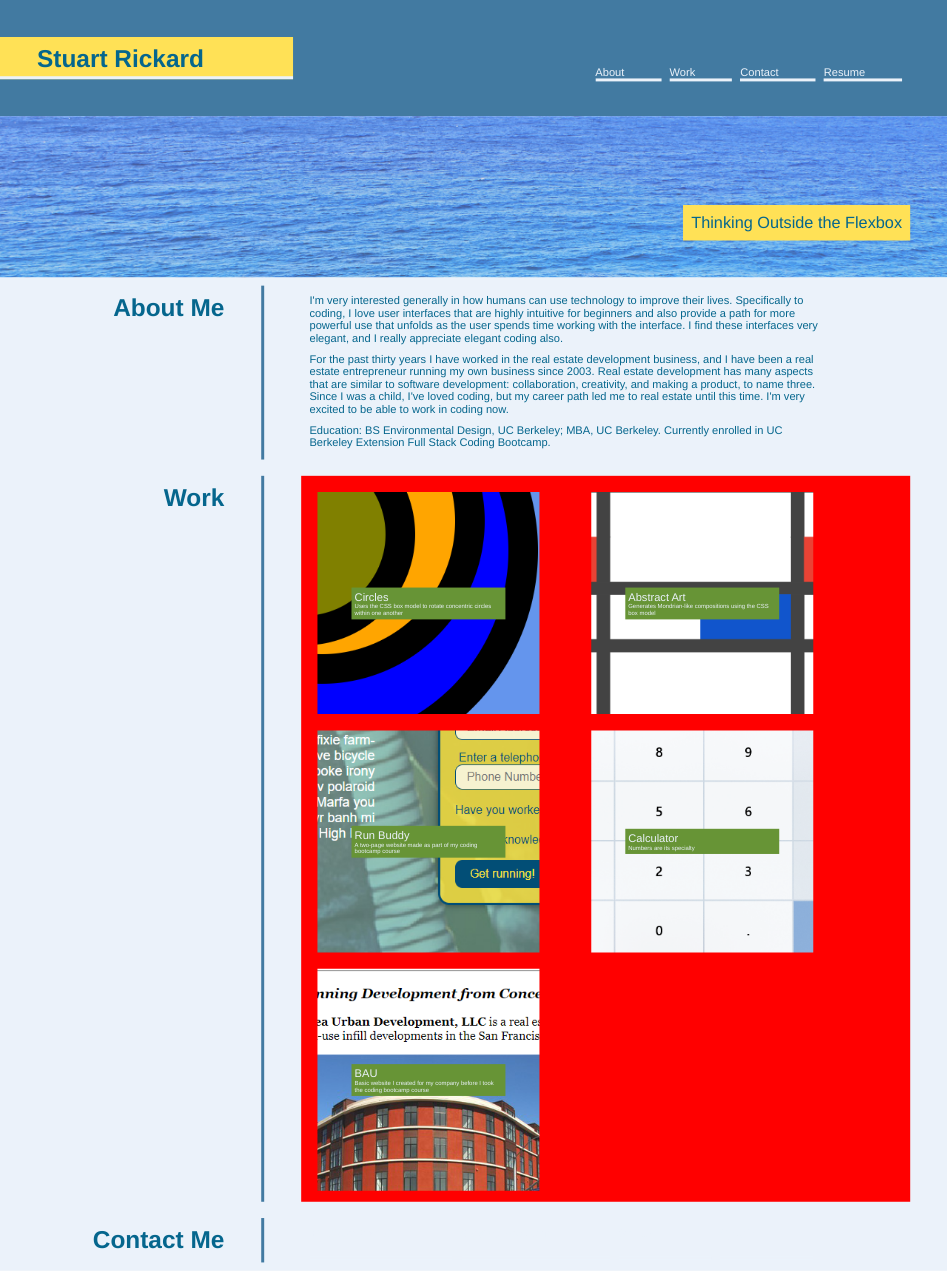
Repository: stuart-rickard/srport
Page: index.html
The author's editor kept a copy of each file at every save. The page is drawn from the files as they stood at one save, then again after the next save.
The browser window is 1280 px wide. The pictures show the whole page, at 74% of full size.
Backgrounds fixed to the window are drawn as part of the page.

Above is the page before, as saved 2021-11-12 21:49:57.

After the next save:
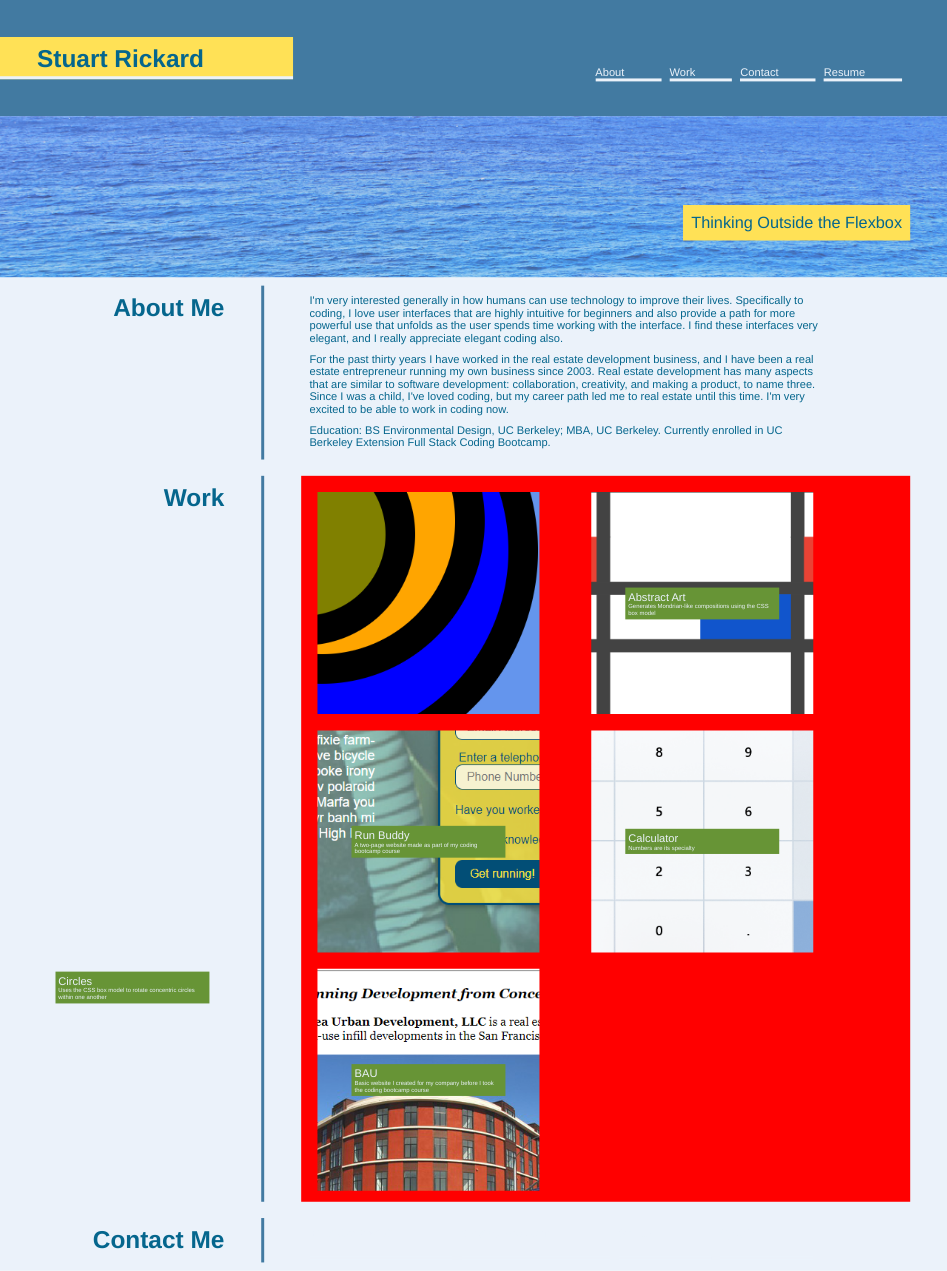
Saved 42 s later.
--- a/index.html
+++ b/index.html
@@ -43,10 +43,10 @@
           <article class=work-card>
             <a href="https://stuart-rickard.github.io/sandbox/circles/">
               <img id=circles src="assets/images/circles.png" alt="multi-colored graphic pattern with circles">
+              <div>Circles
+                <p>Uses the CSS box model to rotate concentric circles within one another</p>
+              </div>
             </a>
-            <div>Circles
-              <p>Uses the CSS box model to rotate concentric circles within one another</p>
-            </div>
           </article>
           <!-- Abstract Art - this links to the "under construction" page -->
           <article class=work-card>

After the save that followed:
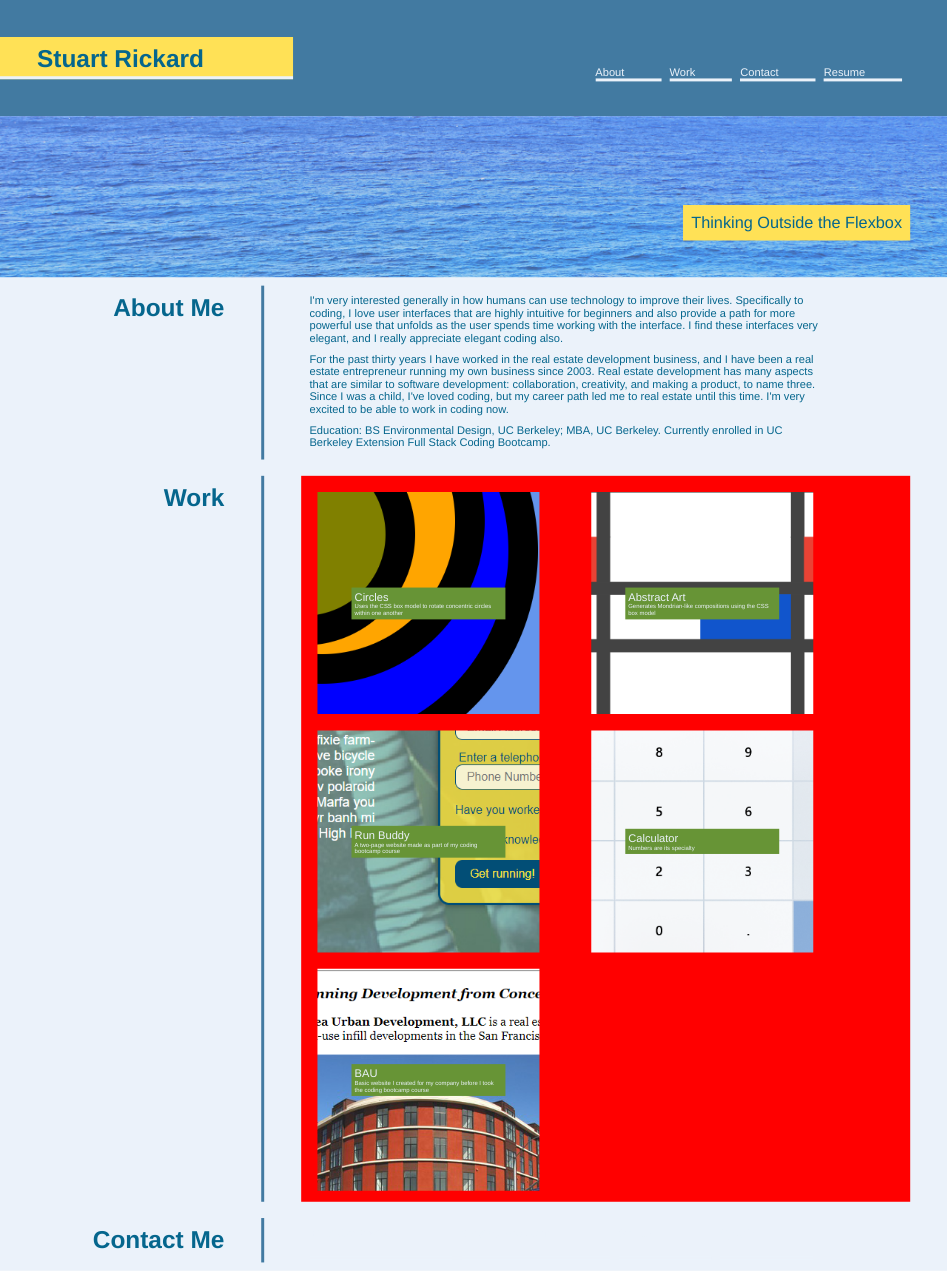
Saved 80 s later.
--- a/index.html
+++ b/index.html
@@ -43,10 +43,10 @@
           <article class=work-card>
             <a href="https://stuart-rickard.github.io/sandbox/circles/">
               <img id=circles src="assets/images/circles.png" alt="multi-colored graphic pattern with circles">
-              <div>Circles
-                <p>Uses the CSS box model to rotate concentric circles within one another</p>
-              </div>
             </a>
+            <div>Circles
+              <p>Uses the CSS box model to rotate concentric circles within one another</p>
+            </div>
           </article>
           <!-- Abstract Art - this links to the "under construction" page -->
           <article class=work-card>
